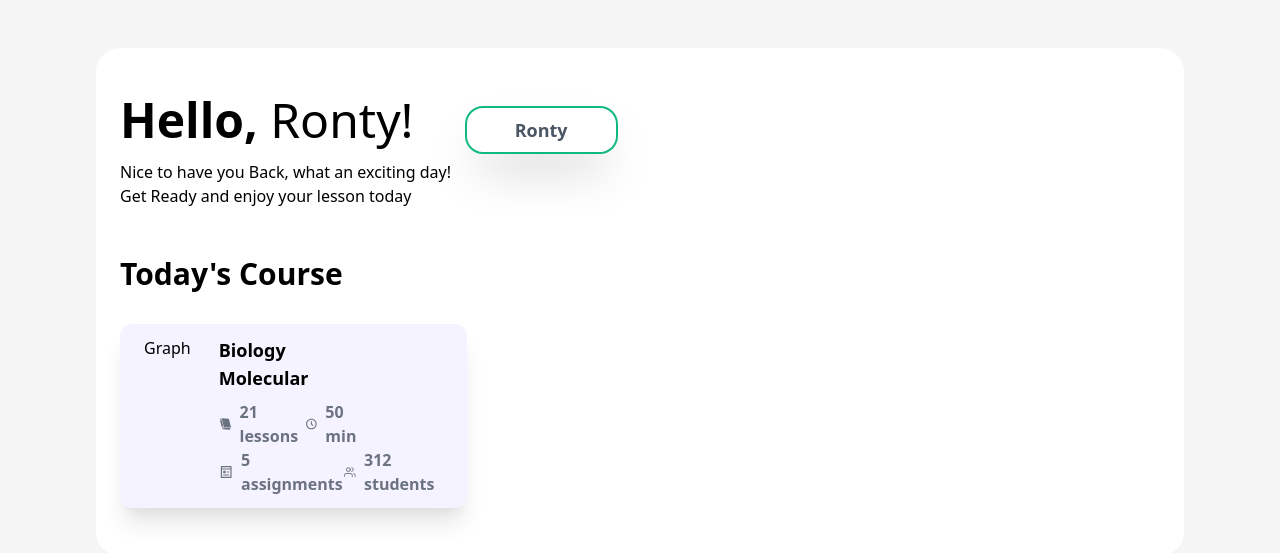
Repository: coolronts/Vite-Tailwind
Page: /
The author's editor kept a copy of each file at every save. The page is drawn from the files as they stood at one save, then again after a run of saves.
The browser window is 1280 px wide. The pictures show the whole page.
The project was rebuilt for these pictures with package versions that can differ from the ones it lists, and the page was loaded fresh each time. Also part of the build but not shown: vite.config.js.

Above is the page before, as saved 2021-11-26 07:40:43.

### src/App.jsx
import './App.css'

import {Course, Intro} from './Section'
import { PrimaryButton, SecondaryButton } from './components/Button'

import {PrimaryCard} from './components/Card'
import SplitScreen from './components/SplitScreen'
import { useState } from 'react'

function App() {

  return (
    <div className="App bg-white my-12 mx-24 rounded-3xl px-6 py-12">
      <SplitScreen leftWeight = 'w-1/3'>
        <div id="left">
          <Intro/>
          <div id="course">
            <p className="text-3xl font-bold  font-sans mb-8">Today's Course</p>
            <PrimaryCard>
              <Course/>
            </PrimaryCard>
          </div>

        </div>

        <div id="right">
          <SecondaryButton name="Ronty"/>
        </div>


      </SplitScreen>
    </div>
  )
}

export default App

### src/Section/index.js
import Course from "./Course";
import Intro from "./Intro";

export { Intro, Course };

### src/components/Button/index.jsx
import React from 'react'

export const PrimaryButton = ({name}) =>{
  return (
    <button className="bg-green-500 px-12 py-2 ring-2 ring-green-500 text-white text-lg font-semibold shadow-2xl rounded-2xl mt-3">
      {name}
    </button>
  )
}

export const SecondaryButton = ({name}) =>{
  return (
    <button className="bg-white px-12 py-2 ring-2 ring-green-500 text-gray-600 text-lg font-semibold shadow-2xl rounded-2xl mt-3">
      {name}
    </button>
  )
}

### src/components/Card/index.jsx
import React from 'react'

export const PrimaryCard =({children})=> {
  return (
    <div className="bg-purple-50 py-3 px-6  rounded-xl shadow-xl">
      {children}
    </div>
  )
}

### src/components/SplitScreen/index.jsx
import PropTypes from 'prop-types'
import React from "react"
import tw from "tailwind-styled-components"

const Container = tw.div`${(props) => props.weight}`;

const Pane = tw.div`${(props) => props.weight}`;

const SplitScreen = ({
	children,
	containerWeight = 'flex w-full',
  leftWeight = 'w-1/2',
	rightWeight = 'w-1/2',
}) => {
	const [left, right] = children;
	return (
		<Container className={containerWeight}>
			<Pane className={leftWeight}>
				{left}
			</Pane>
			<Pane className={rightWeight}>
				{right}
			</Pane>
		</Container>
	);
}

export default SplitScreen

SplitScreen.propTypes = {
	children: PropTypes.arrayOf(PropTypes.node).isRequired,
	containerWeight: PropTypes.string,
	leftWeight: PropTypes.string,
	rightWeight: PropTypes.string,
}

### src/Section/Course/index.jsx
import {BiTimeFive} from 'react-icons/bi'
import {FiUsers} from 'react-icons/fi'
import { GiWhiteBook } from 'react-icons/gi'
import React from 'react'
import { RiPagesLine } from 'react-icons/ri'
import SplitScreen from '../../components/SplitScreen'

export default function Course() {
  return (
    <SplitScreen leftWeight = 'w-1/4'>
      <div id="left">
        Graph
      </div>
      <div id="right">
        <h4 className="font-bold text-lg mb-2">Biology Molecular</h4>
        <div className="flex flex-col">
          <div className="flex justify-between text-gray-500 font-semibold">
            <p className="flex items-center"> <GiWhiteBook className="mr-2"/>  21 lessons</p>
            <p className="flex items-center"> <BiTimeFive className="mr-2"/>  50 min</p>
          </div>
          <div className="flex justify-between text-gray-500 font-semibold">
            <p className="flex items-center"> <RiPagesLine className="mr-2"/>  5 assignments</p>
            <p className="flex items-center"> <FiUsers className="mr-2"/>  312 students</p>
          </div>
        </div>
      </div>
    </SplitScreen>
  )
}

### src/Section/Intro/index.jsx
import React from 'react'

export default function Intro({name}) {
  return (
    <div className="mb-12">
      <h3 className="text-5xl font-sans font-bold mb-4">Hello, <span className="font-light">Ronty!</span> </h3>
      <div className="font-semibold tracking-wide text-gray-500">

      </div>
      <h5>Nice to have you Back, what an exciting day!</h5>
      <h5>Get Ready and enjoy your lesson today</h5>
    </div>
  )
}

Loaded but not shown: index.html (common file); src/main.jsx (common file); src/index.css (common file); src/App.css (common file); tailwind.config.js (common file)

After the next 2 saves:
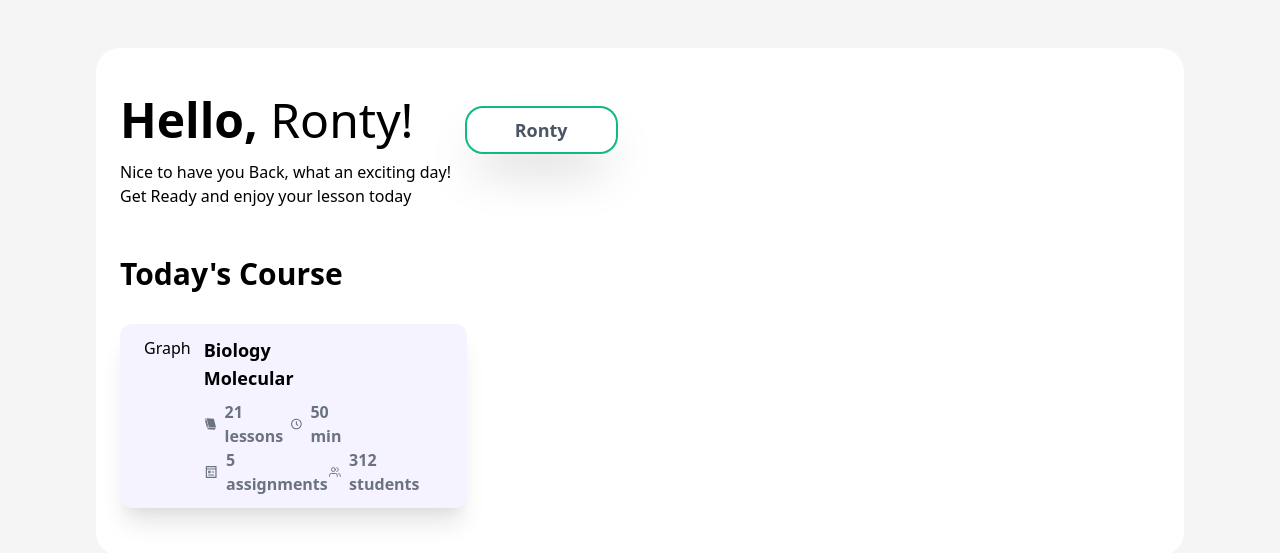
The 2 saves are shown as one change because they came seconds apart.
The last was saved 26 s later.
--- a/src/Section/Course/index.jsx
+++ b/src/Section/Course/index.jsx
@@ -7,7 +7,7 @@ import SplitScreen from '../../components/SplitScreen'
 
 export default function Course() {
   return (
-    <SplitScreen leftWeight = 'w-1/4'>
+    <SplitScreen leftWeight = 'w-1/5'>
       <div id="left">
         Graph
       </div>
